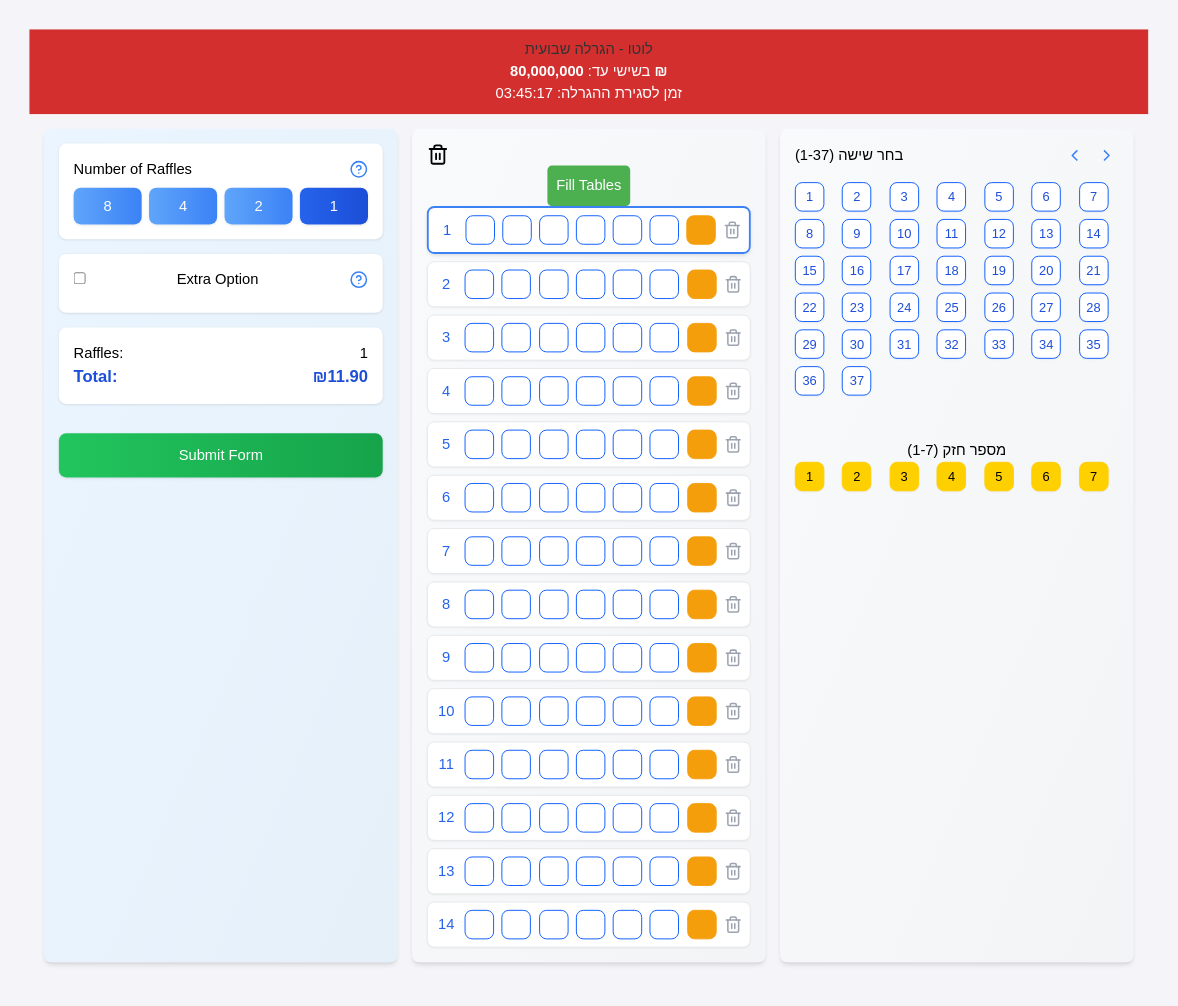
Repository: Giltih/LottoForm1
Page: /
An editor plug-in stored every save of this project. The page is shown before and after the next save, followed by the edit.
The browser window is 1280 px wide. The pictures show the whole page, at 92% of full size.
The project was rebuilt for these pictures with package versions that can differ from the ones it lists, and the page was loaded fresh each time. Also part of the build but not shown: vite.config.ts.

Above is the page before, as saved 2025-02-23 21:17:41.

After the next save:
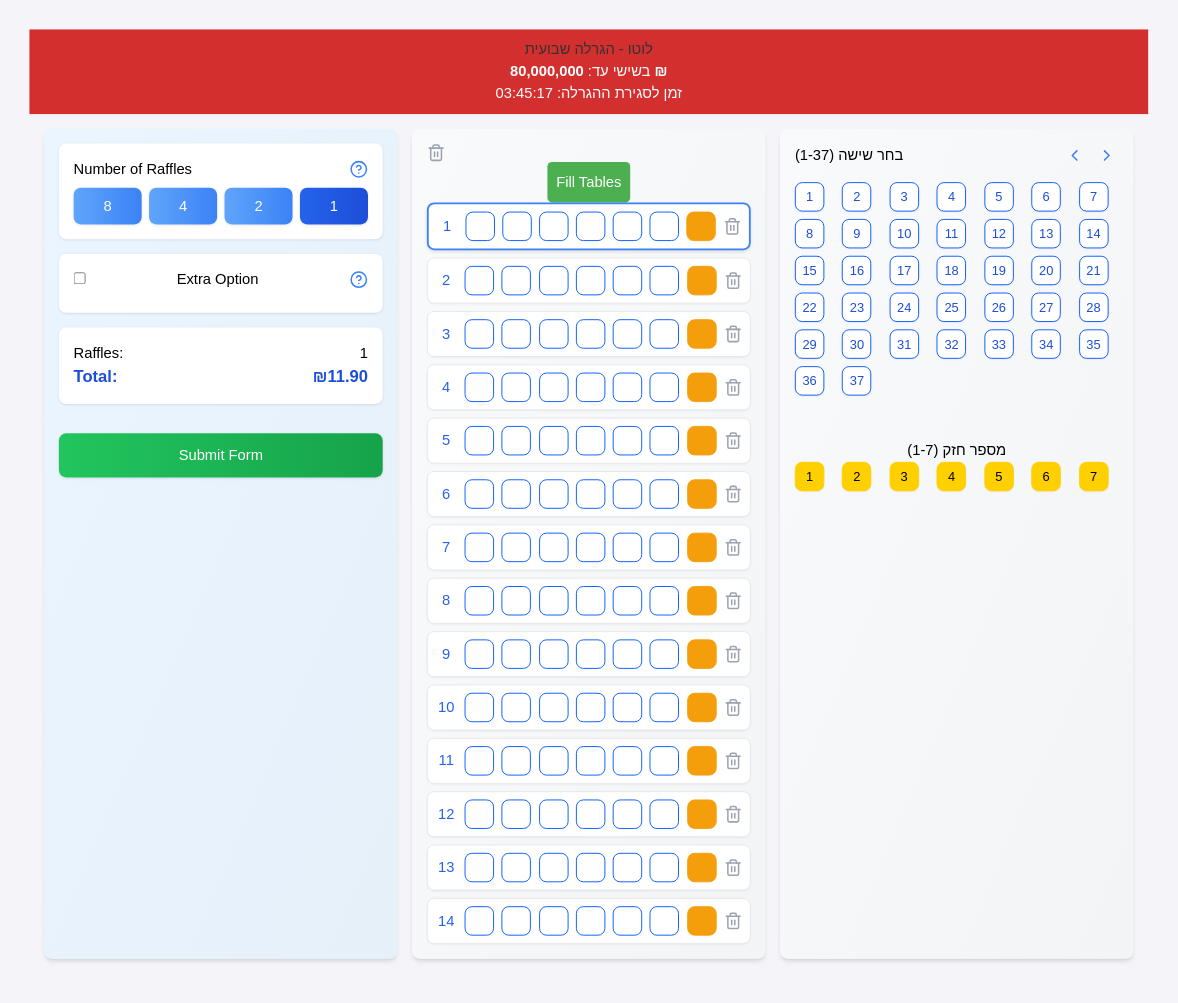
Saved 7 s later.
--- a/src/components/LotteryInterface.tsx
+++ b/src/components/LotteryInterface.tsx
@@ -223,7 +223,7 @@ const LotteryInterface: React.FC = () => {
 
   const MiddleColumn: React.FC<ColumnProps> = () => (
     <Card className="middle-column">
-      <Trash2 id="clear-tables-btn" className="delete-" onClick={clearTables} ></Trash2>
+      <Trash2 id="clear-tables-btn" className="delete-icon" onClick={clearTables} ></Trash2>
       <button onClick={randomFillTables}>Fill Tables</button>
       <div className="table-list">
         {tables.map((table, tableIndex) => (
